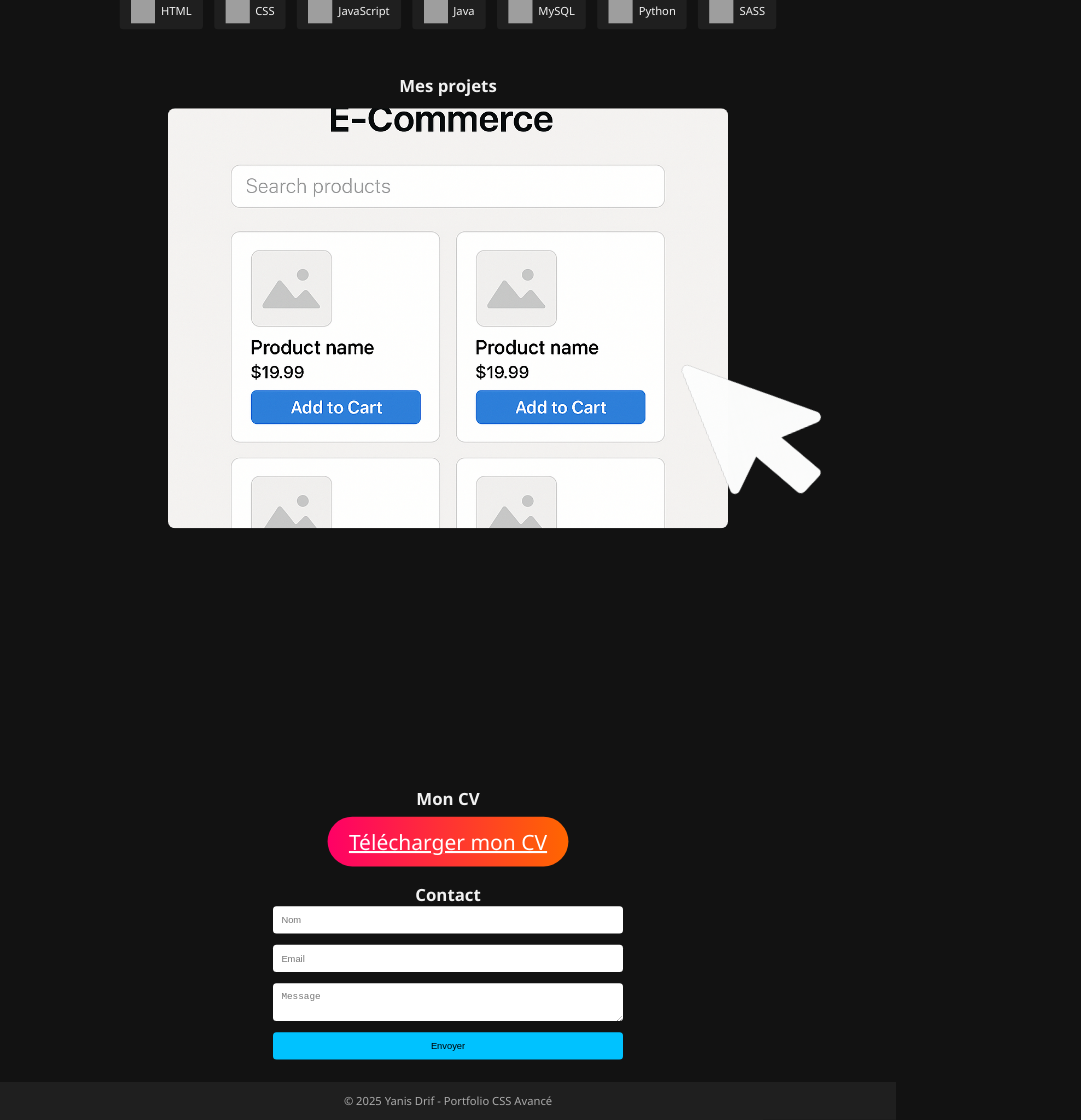
Repository: Yxniiss/ProjetCssAvance
Page: OneDrive/Bureau/Portfolio DrifYanis/home.html
The author's editor kept a copy of each file at every save. The page is drawn from the files as they stood at one save, then again after the next save.
The browser window is 1280 px wide. The page is 1544 px wide, so the pictures cover 1544 px, including what lies to the right of the window. The pictures show the part of the page from y = 944 to 2544 px (the page is 2544 px tall before and 2494 px after), at 70% of full size.
Pictures or frames that could not be fetched are drawn as grey boxes.

Above is the page before, as saved 2025-04-10 11:39:30.
Console error: TypeError: Cannot set properties of null (setting 'textContent')

After the next save:
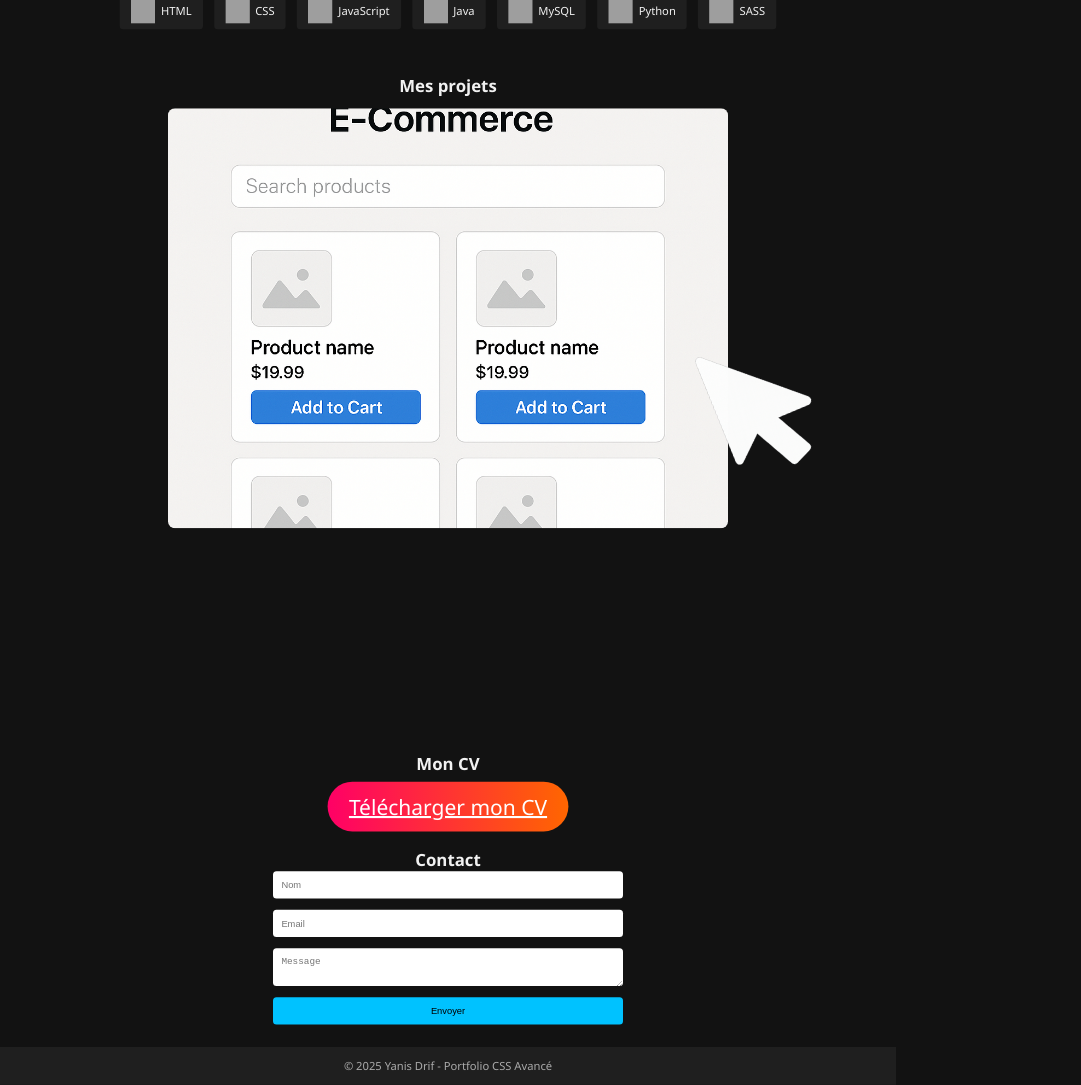
Saved 3 s later.
--- a/OneDrive/Bureau/Portfolio DrifYanis/style.css
+++ b/OneDrive/Bureau/Portfolio DrifYanis/style.css
@@ -84,7 +84,7 @@
   }
 
   .cursor2 img{
-    width: 300px;
+    width: 250px;
     position:relative;
     bottom:300px;
     left:450px;
